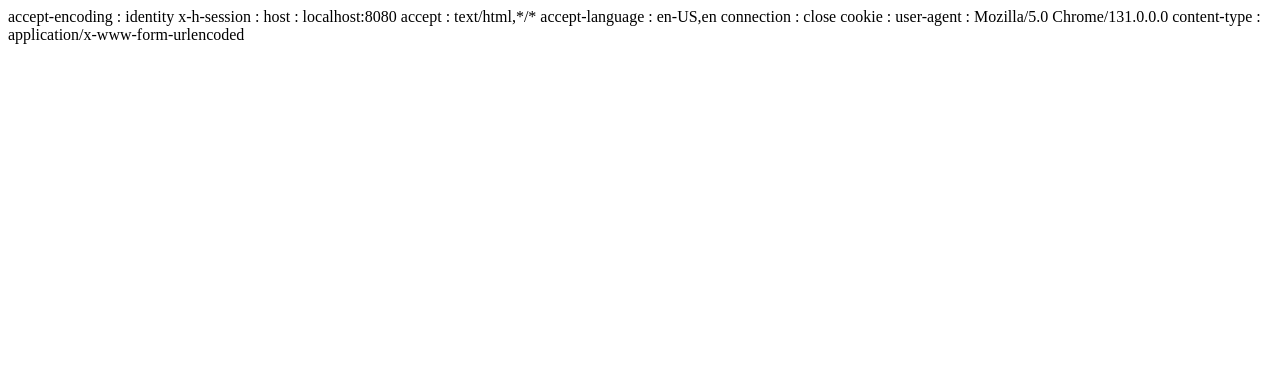
Repository: suinautant/learnCode
Page: http://localhost/JSPBook/ch05/request02.jsp
These files come from the project's save history. The page is drawn as it stood at one moment and after the next save; the edit follows.
The browser window is 1280 px wide. The pictures show the whole page.
The page is served by Tomcat 9.

Above is the page before, as saved 2021-07-01 02:08:41.

After the next save:
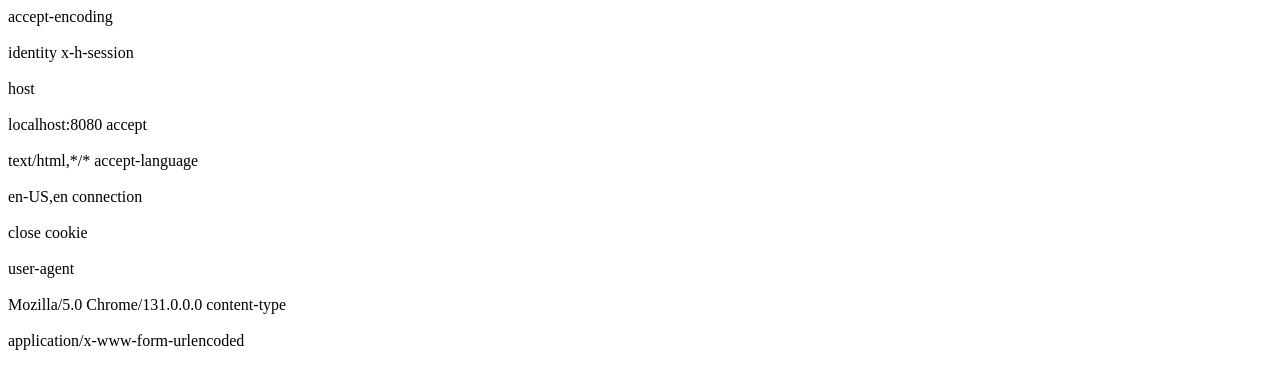
Saved 32 s later.
--- a/jsp/JSPBook/WebContent/ch05/request02.jsp
+++ b/jsp/JSPBook/WebContent/ch05/request02.jsp
@@ -14,7 +14,7 @@
 		String headerName = (String) en.nextElement();
 		String headerValue = request.getHeader(headerName);
 	%>
-	<%=headerName %> : <%=headerValue%>
+	<%=headerName %> <br /> <br /> <%=headerValue%>
 	<%
 	}
 	%>
